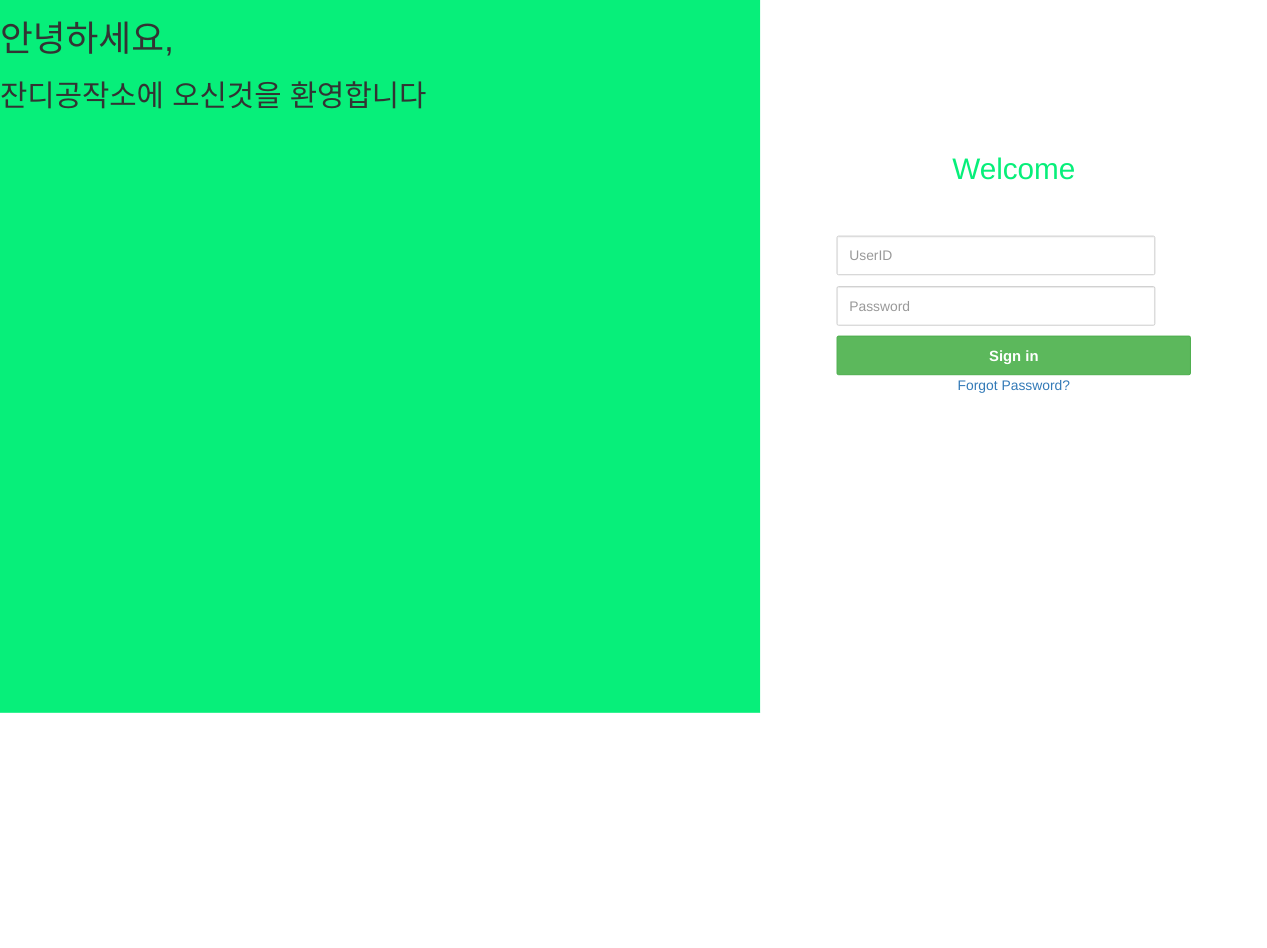
Repository: guddus326/Grass_Farm
Page: http://localhost/Grass_Farm/Index.jsp
The author's editor kept a copy of each file at every save. The page is drawn from the files as they stood at one save, then again after the next save.
The browser window is 1280 px wide. The pictures show the whole page, at 99% of full size.
The page is served by Tomcat 9.

Above is the page before, as saved 2021-03-15 14:25:51.

After the next save:
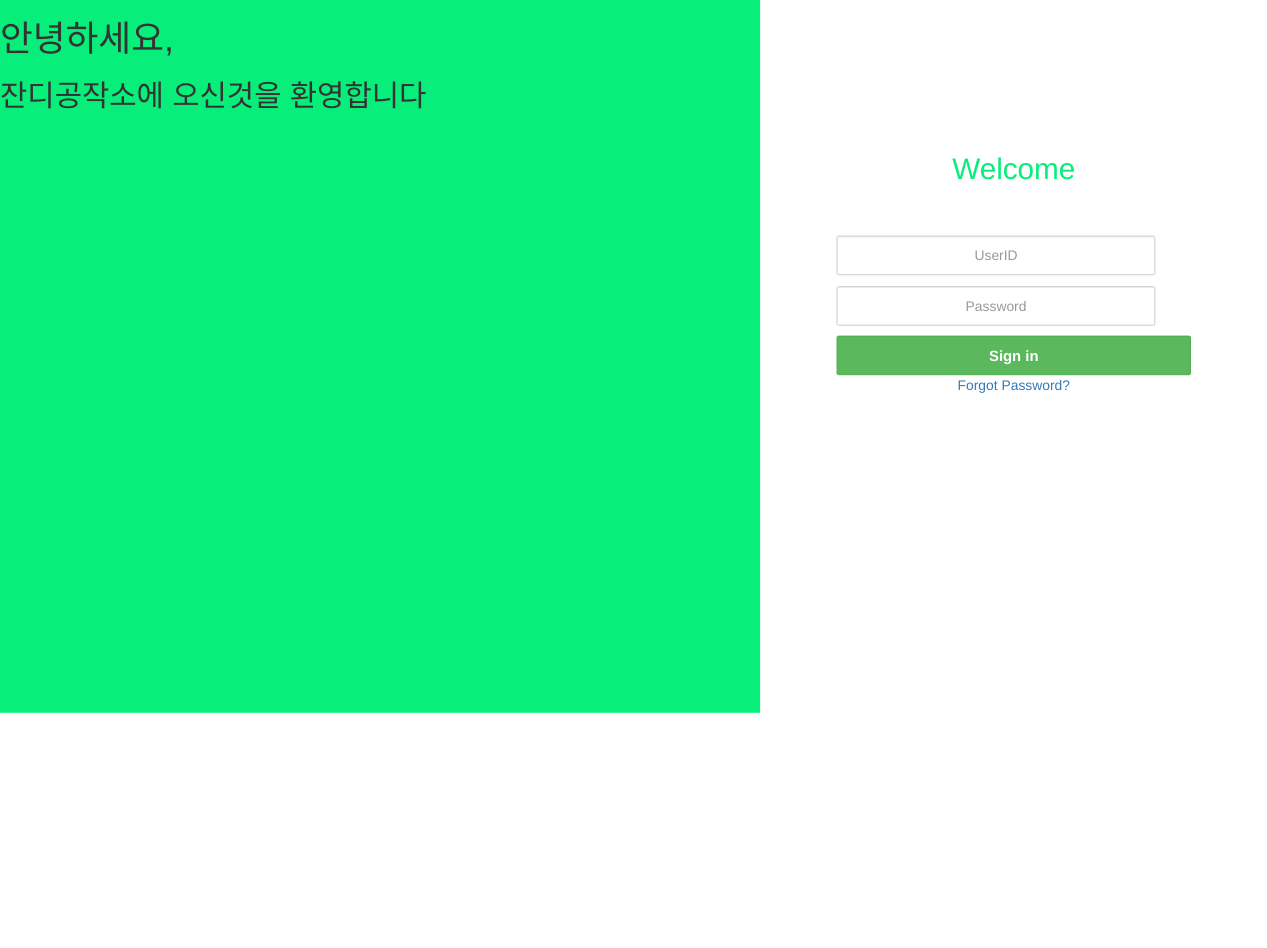
Saved 13 s later.
--- a/Grass_Farm/Grass_Farm/WebContent/Index.jsp
+++ b/Grass_Farm/Grass_Farm/WebContent/Index.jsp
@@ -23,7 +23,7 @@
 		}
 
 		.form-control{
-			float:center;
+			text-align:center;
 			width:90%;
 			height:40px;
 			margin-bottom:3%;

After the save that followed:
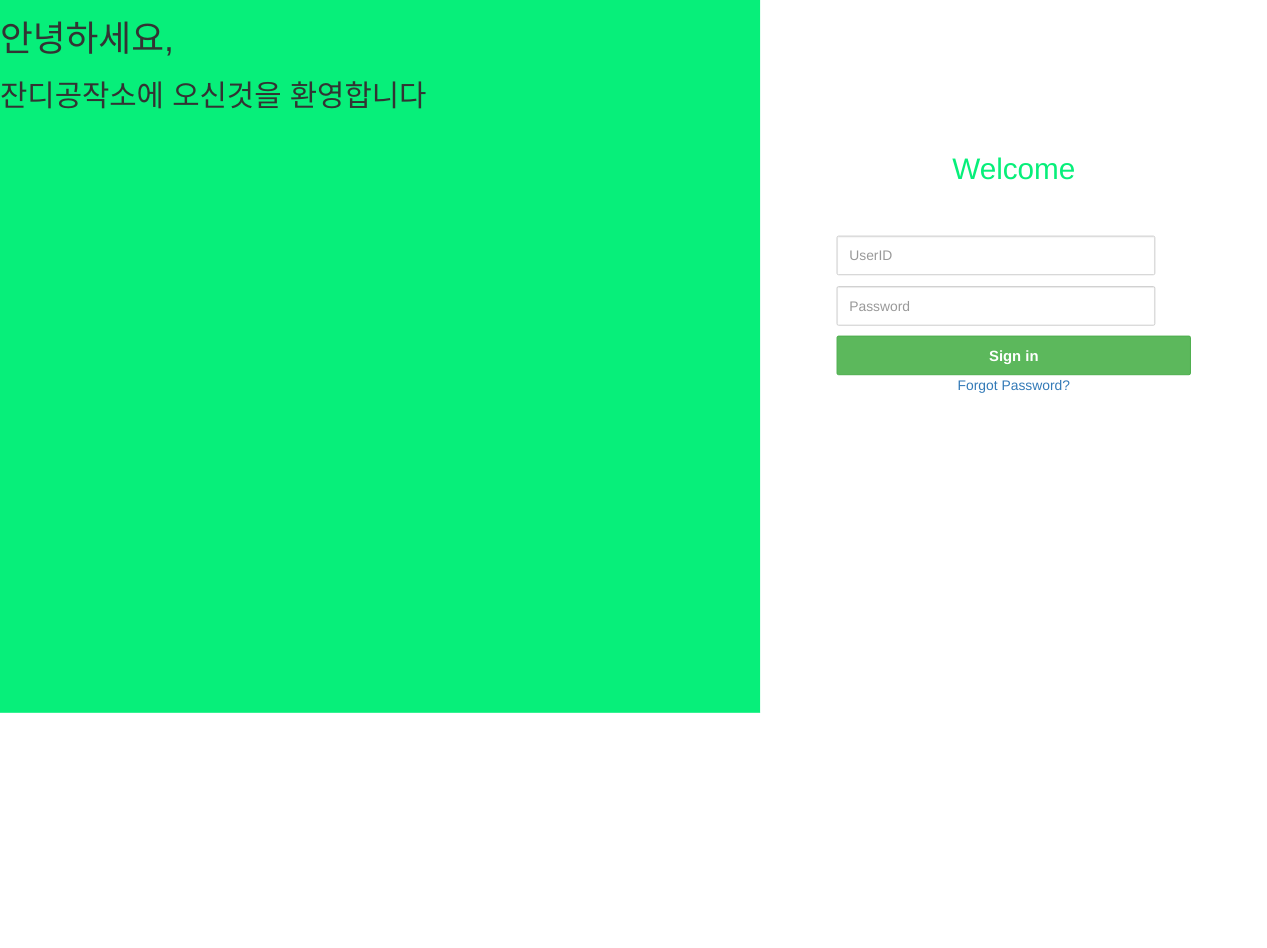
Saved 7 s later.
--- a/Grass_Farm/Grass_Farm/WebContent/Index.jsp
+++ b/Grass_Farm/Grass_Farm/WebContent/Index.jsp
@@ -23,7 +23,7 @@
 		}
 
 		.form-control{
-			text-align:center;
+
 			width:90%;
 			height:40px;
 			margin-bottom:3%;
